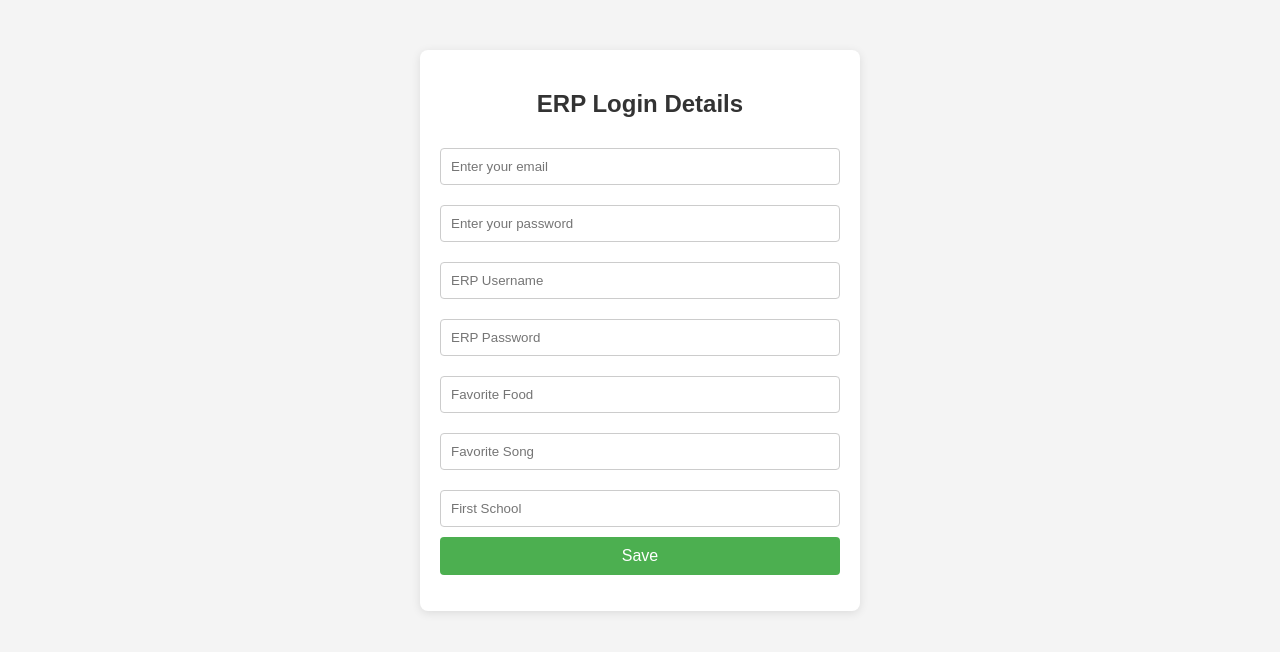
Repository: gopikant21/ERP_AUTO_LOGIN
Page: form.html
The author's editor kept a copy of each file at every save. The page is drawn from the files as they stood at one save, then again after the next save.
The browser window is 1280 px wide. The pictures show the whole page.

Above is the page before, as saved 2024-10-08 23:51:36.

After the next save:
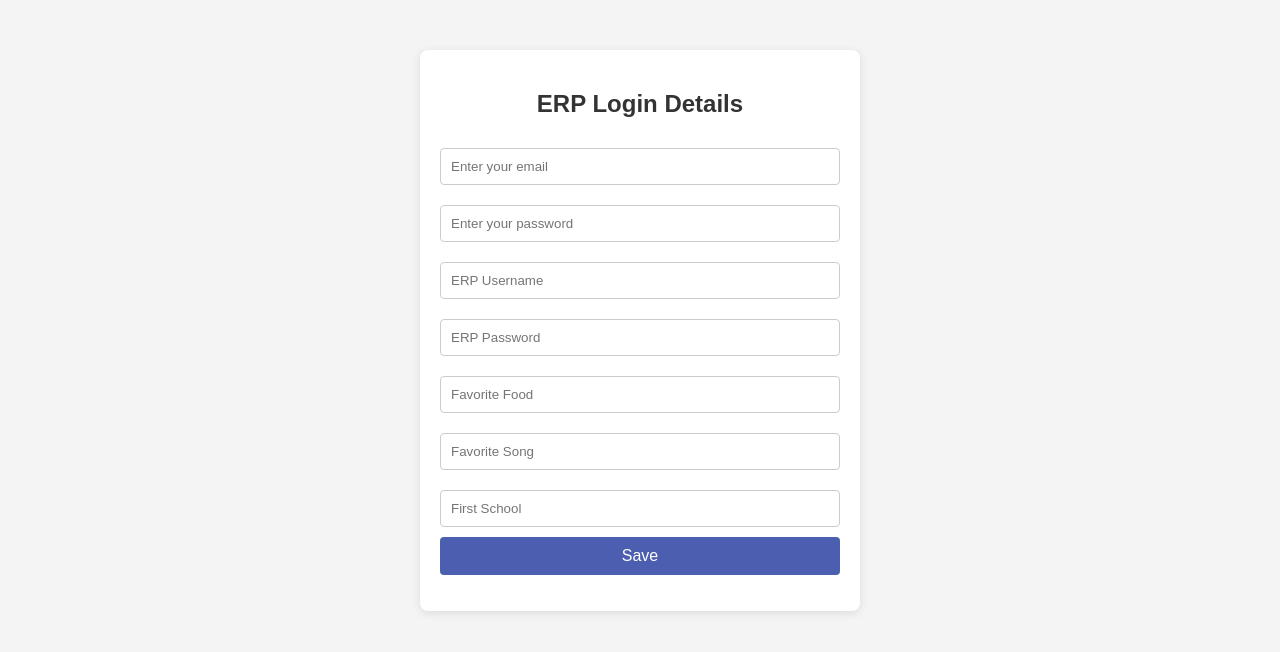
Saved 43 s later.
--- a/form.css
+++ b/form.css
@@ -32,7 +32,7 @@ body {
   button {
     width: 100%;
     padding: 10px;
-    background-color: #4CAF50;
+    background-color: #4c5eaf;
     color: white;
     border: none;
     border-radius: 4px;
